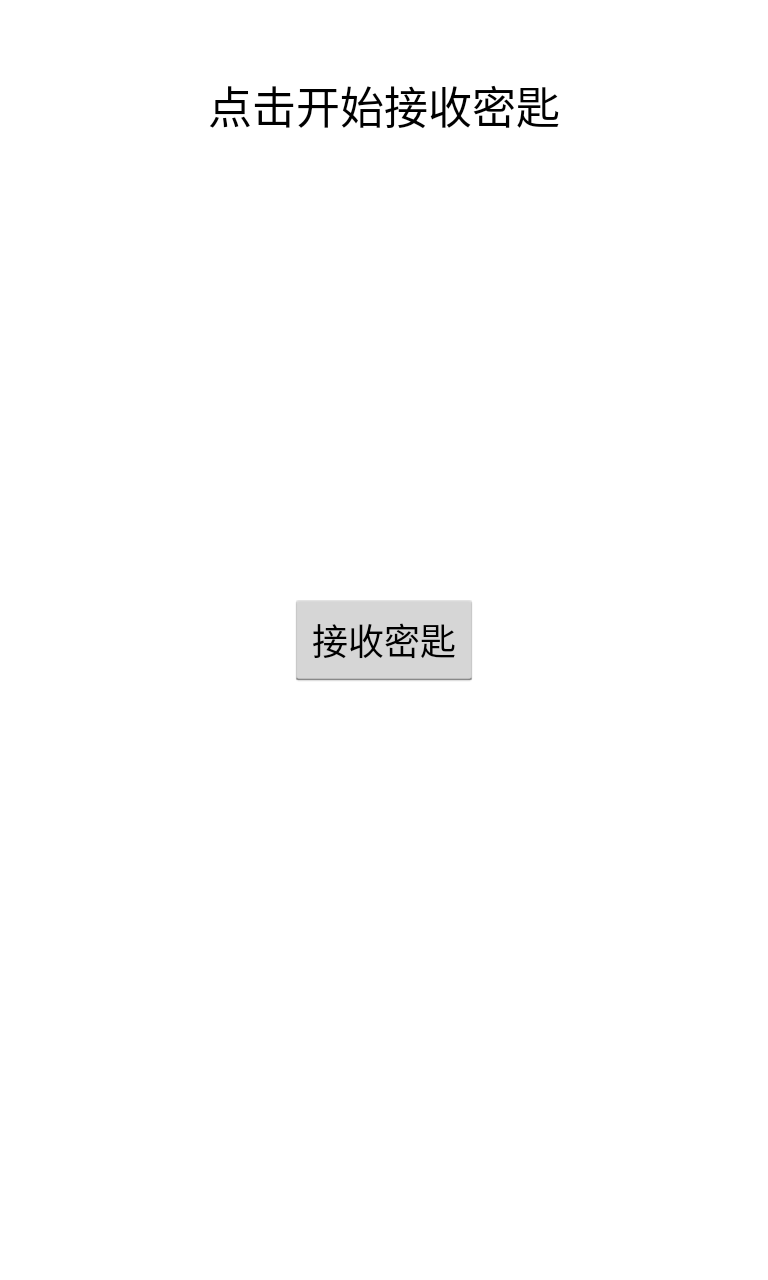
Repository: tenglei/AndroidBackup
Layout: AndroidTest/res/layout/activity_main.xml
An editor plug-in stored every save of this project. The layout is shown before and after the next save, followed by the edit.
It is drawn on a 768 x 1280 px phone screen (xhdpi) without system bars, with theme AppTheme; the app's code is not run.

Above is the layout before, as saved 2017-01-02 06:36:11.

After the next save:
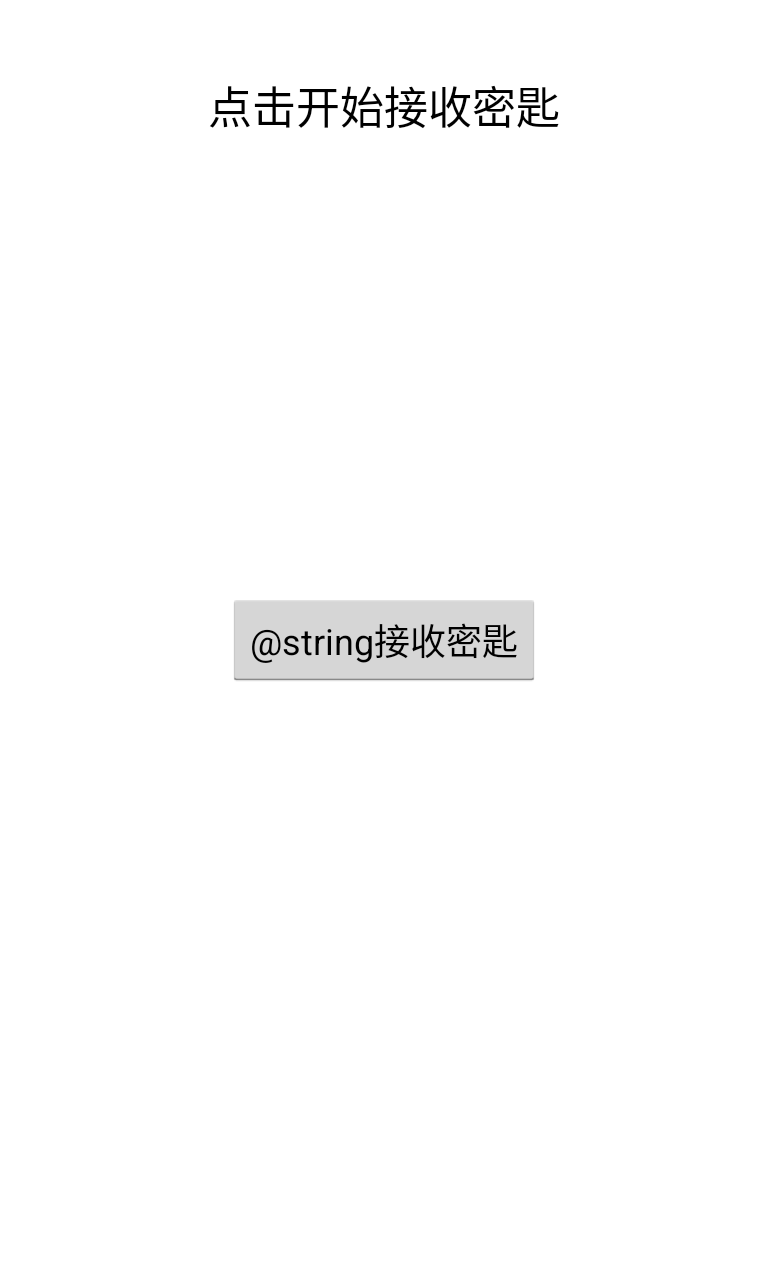
Saved 49 s later.
--- a/AndroidTest/res/layout/activity_main.xml
+++ b/AndroidTest/res/layout/activity_main.xml
@@ -14,7 +14,7 @@
         android:layout_height="wrap_content"
         android:layout_centerHorizontal="true"
         android:layout_centerVertical="true"
-        android:text="接收密匙" />
+        android:text="@string接收密匙" />
 
     <TextView
         android:id="@+id/textView1"
